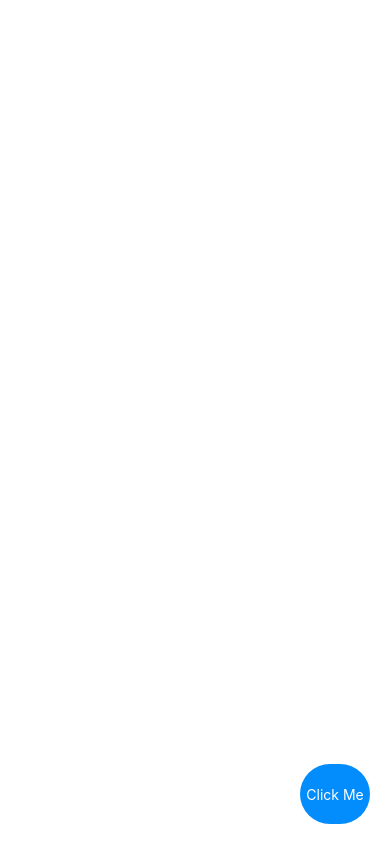
Repository: CodeBunny786/React-Native-Reveal-Animation
Screen: /
The author's editor kept a copy of each file at every save. The screen is drawn from the files as they stood at one save, then again after a run of saves.
The app was drawn by React Native's web renderer in a window 390 px wide. The project was rebuilt for these pictures with package versions that can differ from the ones it lists, and the page was loaded fresh each time.

Above is the screen before, as saved 2019-10-28 12:30:40.

After the next 3 saves:
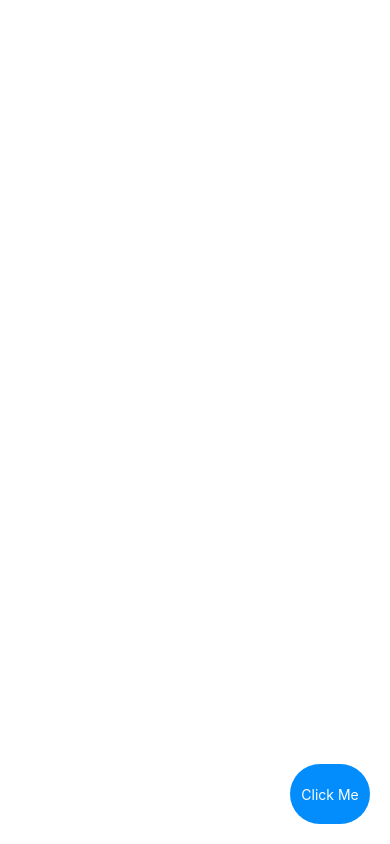
The 3 saves are shown as one change because they came seconds apart.
The last was saved 12 s later.
--- a/App.js
+++ b/App.js
@@ -57,14 +57,14 @@ const styles = StyleSheet.create({
   background: {
     backgroundColor: "#038cfc",
     position: "absolute",
-    width: 70,
+    width: 80,
     height: 60,
     bottom: 20,
     right: 20,
     borderRadius: 30,
   },
   button: {
-    width: 70,
+    width: 80,
     height: 60,
     alignItems: "center",
     justifyContent: "center",
